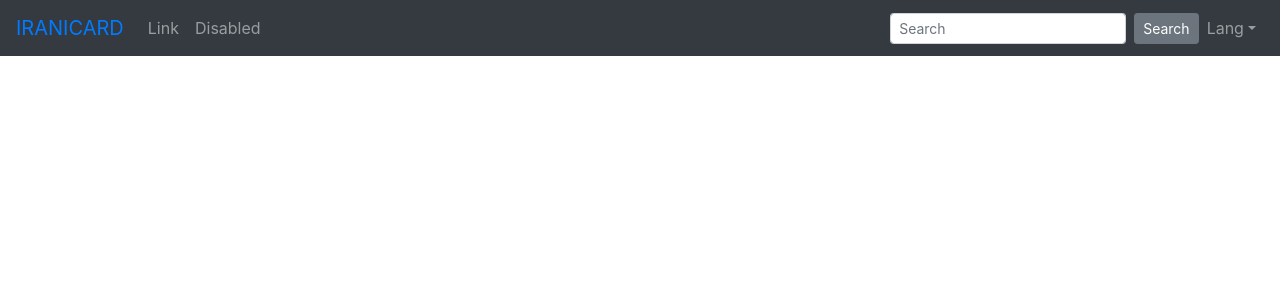
Repository: hosseinemami1370/iranicard
Page: /user
These files come from the project's save history. The page is drawn as it stood at one moment and after the next save; the edit follows.
The browser window is 1280 px wide. The pictures show the whole page.
The page's requests for data from a server got no answer. The project was rebuilt for these pictures with package versions that can differ from the ones it lists, and the page was loaded fresh each time. The framework's server and built-in components were replaced by stand-ins that run in the browser. No one was signed in, and anything a server would have sent is missing. Also part of the build but not shown: nuxt.config.js, components/Header.vue, components/Logo.vue, components/UI/AppButton.vue, layouts/admin.vue, layouts/error.vue.

Above is the page before, as saved 2021-03-15 15:50:08.

After the next save:
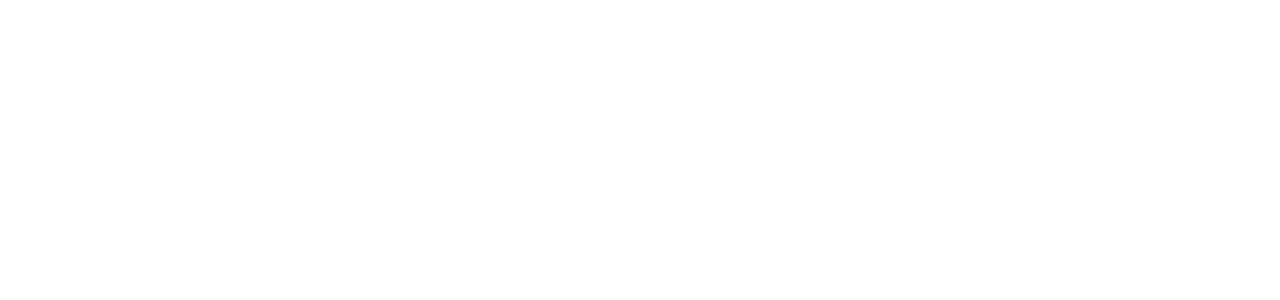
Saved 41 s later.
--- a/pages/user/index.vue
+++ b/pages/user/index.vue
@@ -75,7 +75,7 @@
 <script>
 export default {
   layout: "header",
-  middleware: ["auth"],
+  middleware: ["auth",check-auth],
   computed: {
     // loadedData() {
     //   return this.$store.getters.loadedData

After the save that followed:
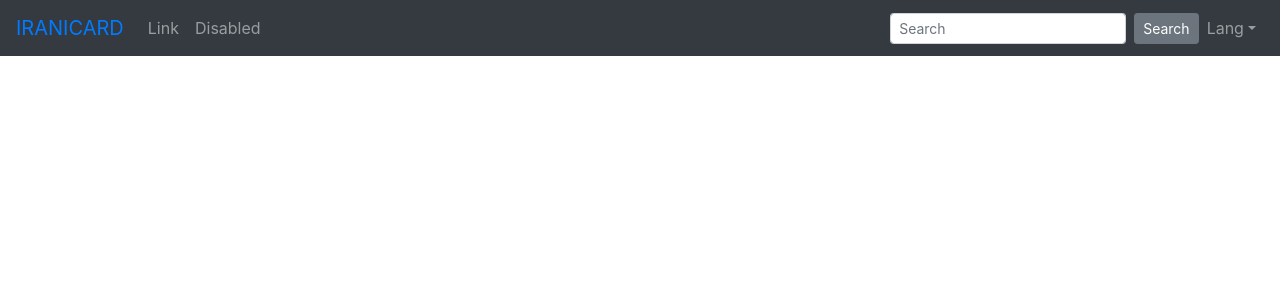
Saved 6 s later.
--- a/pages/user/index.vue
+++ b/pages/user/index.vue
@@ -75,7 +75,7 @@
 <script>
 export default {
   layout: "header",
-  middleware: ["auth",check-auth],
+  middleware: ["auth","check-auth"],
   computed: {
     // loadedData() {
     //   return this.$store.getters.loadedData
